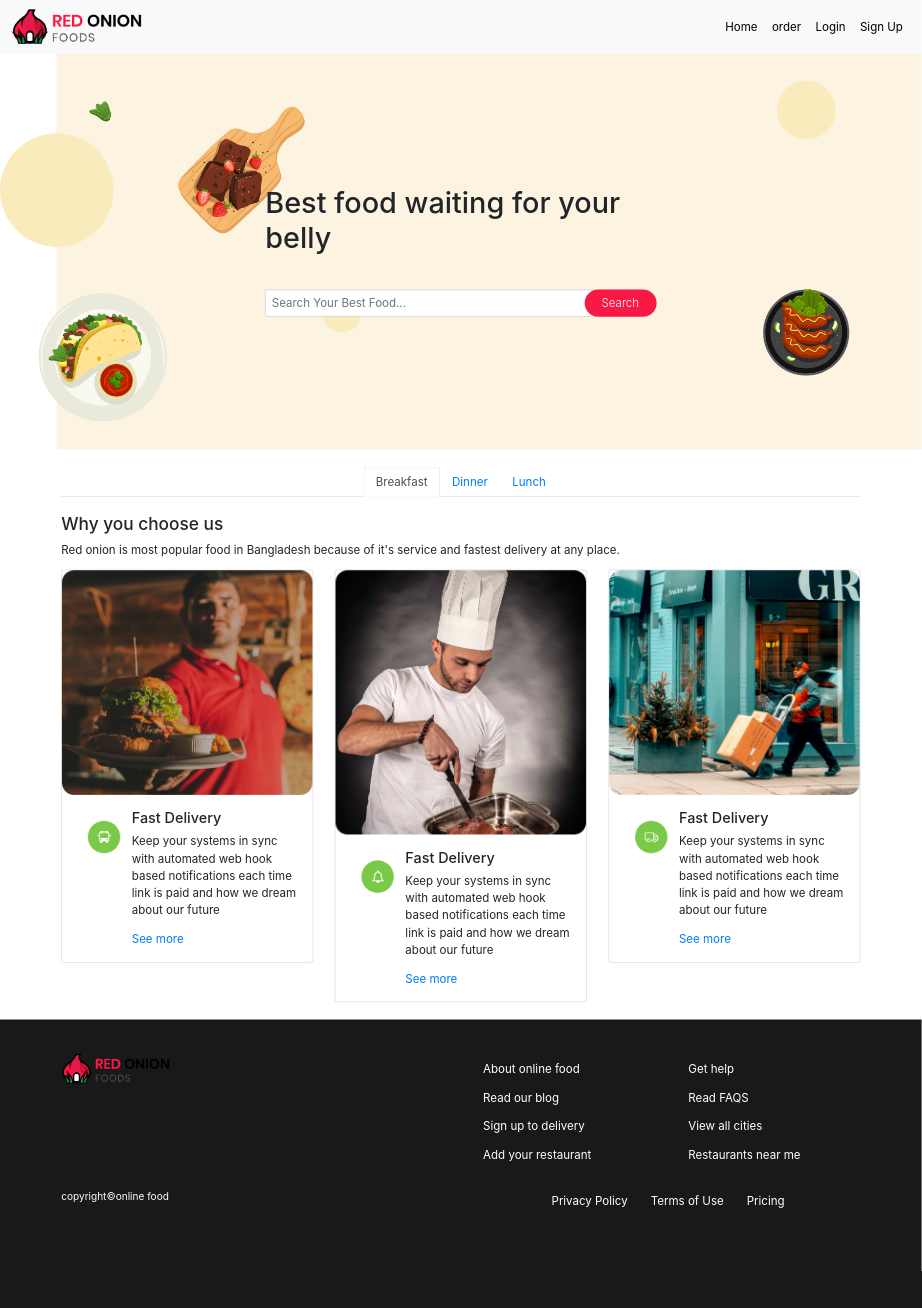
Repository: arif286/red-onion-client
Page: /
An editor plug-in stored every save of this project. The page is shown before and after the next save, followed by the edit.
The browser window is 1280 px wide. The pictures show the whole page, at 72% of full size.
The page's requests for data from a server got no answer. The project was rebuilt for these pictures with package versions that can differ from the ones it lists, and the page was loaded fresh each time. Some packages were replaced by stand-ins written for this rebuild. No one was signed in, and anything a server would have sent is missing. Also part of the build but not shown: src/App.css, src/components/CheckOut/CheckOut.css, src/components/CheckOut/CheckOutForm/CheckOutFrom.js, src/components/CheckOut/CheckOut.js, src/components/FoodDetails/FoodDetail.css, src/components/FoodDetails/FoodDetail.js, src/components/Food/FoodItem.js, src/components/LogIn/firebase.config.js and 7 more. Imported but missing from the stored project, and not drawn on this page: src/components/CheckOut/Map/Map.

Above is the page before, as saved 2021-04-07 02:21:55.

After the next save:
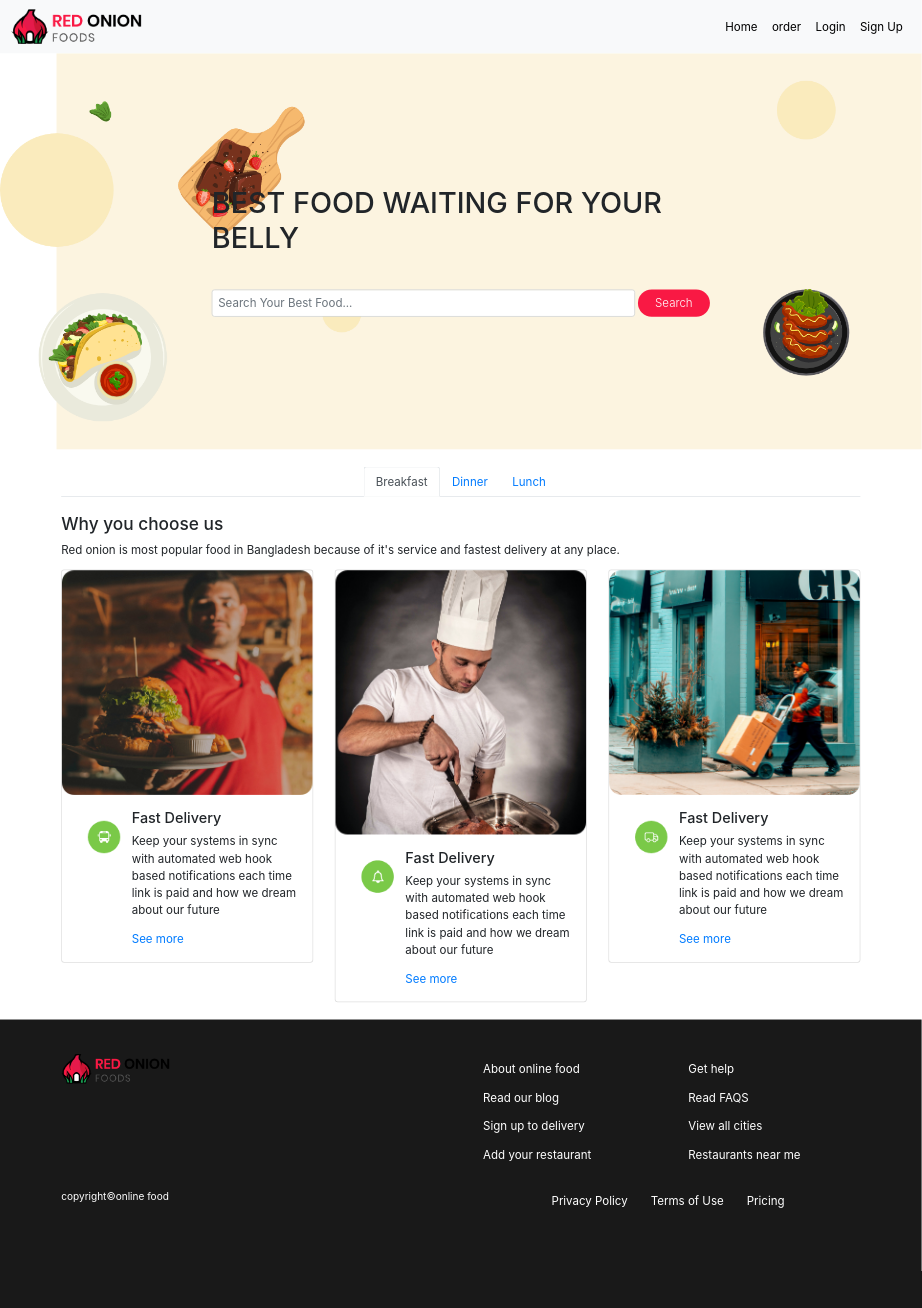
Saved 59 s later.
--- a/src/components/SearchBar/SearchBar.js
+++ b/src/components/SearchBar/SearchBar.js
@@ -27,7 +27,7 @@ const SearchBar = () => {
       >
           <Row className='justify-content-around'>
             <Col xs={11}>
-              <h1>Best food waiting for your belly</h1>
+              <h1 style={{textTransform:'uppercase'}}>Best food waiting for your belly</h1>
               <div className="d-flex mt-5">
                 <input
                   className="form-control searchBar"
